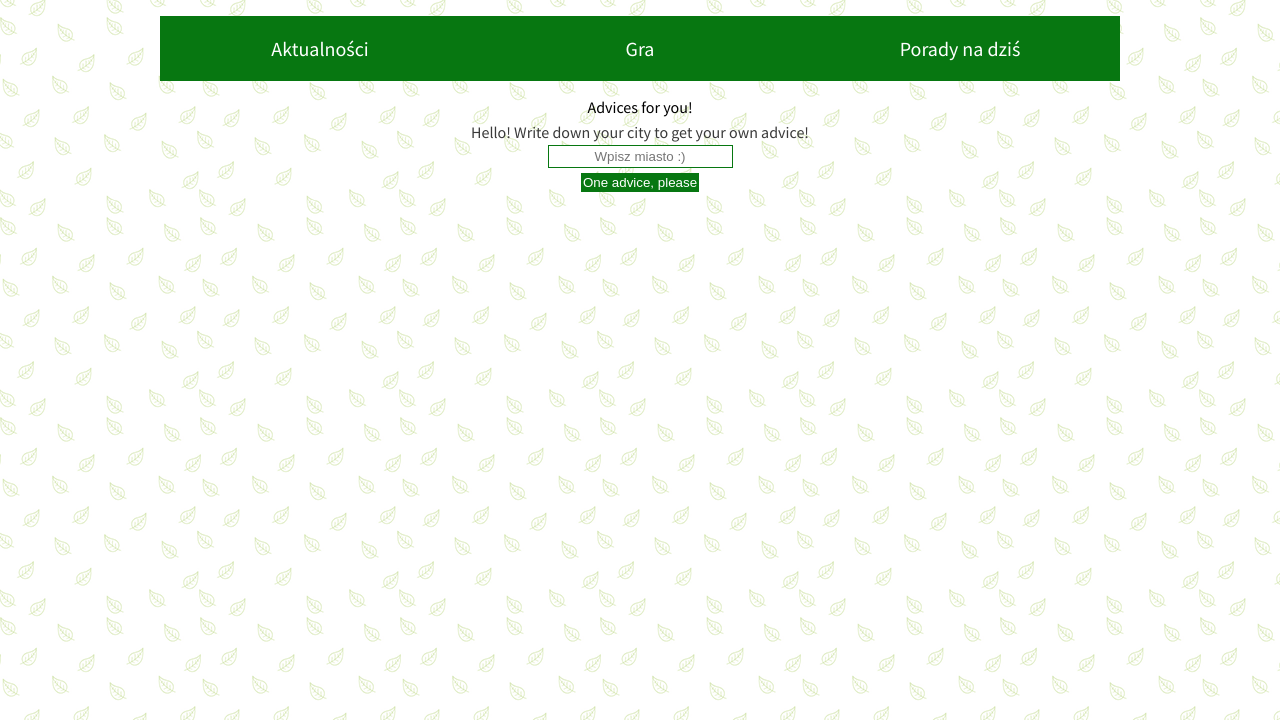
Repository: Karina-00/hackyea
Page: hackyea-master/frontend/pogoda/advice.html
These files come from the project's save history. The page is drawn as it stood at one moment and after the next save; the edit follows.
The browser window is 1280 px wide. The pictures show the whole page.

Above is the page before, as saved 2019-09-15 13:43:09.

### hackyea-master/frontend/pogoda/advice.html
<!DOCTYPE HTML>
<html lang="en">
<head>
        <meta charset="utf-8" />
        <meta name="viewport" content="width=device-width, initial-scale=1">
        <meta name="description" content="Get your own environmental advice!"/>
        <link href="https://fonts.googleapis.com/css?family=Source+Sans+Pro&display=swap&subset=latin-ext" rel="stylesheet">
        <link rel="stylesheet" type="text/css" href="../index/artykuly.css">
        <link rel="stylesheet" type="text/css" href="pogoda.css">
        <meta http-equiv="X-UA-Compatible" content="IE=edge,chrome=1" />
        <title>Advices for you</title>

</head>
<body>


<nav>
        <ul>
                <li><a href="../index/index.html">Aktualności</a></li>
                <li><a href="../gra/game.html">Gra</a></li>
                <li><a href="../pogoda/advice.html">Porady na dziś</a></li>
        </ul>
</nav>
<main>

        <div class="gora row">
                <div id="h">Advices for you!</div>
                <div class="welcome">Hello! Write down your city to get your own advice!</div>
                <div>
                        <input type="text" id="city" placeholder="Wpisz miasto :)" class="#"></input>
                </div>
                <div><button id="search" class="btn">One advice, please</button></div>
        </div>


        <div class="row" id="result"></div>
</main>
        <script src="advice.js"></script>

</body>
</html>

### hackyea-master/frontend/index/artykuly.css

body{
   background: url(image/leaves.png);
   color: rgb(58, 58, 58);
 }

 /* menu styles */

 nav{
   background: rgb(7, 119, 17);
   position: sticky;
   margin: 0 auto;
   top: 0;
   max-width: 960px;
 }

 nav ul{
   list-style-type: none;
   padding: 0;
 }

 nav a{
   text-decoration: none;
   text-align: center;
   color: #fff;
   font-size: 20px;
   display: block;
   padding: 20px;
 }

 nav a:hover{
   background-color: rgb(5, 78, 11);
   transition: 2s;
 }
/*
 .change-theme{
    margin-left:
 }
 .change-theme label{
   cursor: pointer;
 }

 .change-theme span{
   display: inline-block;
   width: 20px;
   height: 20px;

} */

 header{
    font-size: 40px;
    text-align: center;
    font-weight: bold;
    margin-top: 30px;
 }

 section{
    max-width: 960px;
    margin: auto;
    display: flex;
    flex-direction: column;
    font-size: 28px;
    margin-bottom: 12px;
 }
 .front{
   padding-bottom: 20px;
   padding-top: 20px;
 }
 .front:hover{
   cursor: pointer;
   background-color: rgba(0, 0, 0, 0.062);
   color: rgb(90, 90, 90);
 }

 section h2{
   text-align: center;
 }
 article{
    border: 1px dashed darkgrey;
   justify-content: space-evenly;
    padding: 20px;
 }



 /* flex */

 nav ul{
   display: flex;
   justify-content: space-evenly;
 }

nav li{
  flex: 1 1 0;
}

@media screen and (max-width: 600px){
   nav ul{
      display: flex;
      justify-content: space-evenly;
      flex-direction: column;
    }

   nav li{
     flex: 1 1 0;

   }
}

#tytul{
  font-size: 36px;
  margin-bottom: 12px;
  text-align: center;
}
#opis{
  font-size:16px;
  text-align: justify;
}

### hackyea-master/frontend/pogoda/pogoda.css
body{
    font-family: 'Source Sans Pro', sans-serif;
    text-align: center;
}
.ramka{
    border: 1px solid rgba(0, 0, 0, 0.575);
    background-color: rgba(127, 255, 212, 0.137);
    margin-bottom: 3px;
}
.welcome
{
    margin-bottom: 3px;
}
#h{
    font-size: 16px;
    margin: 5px;
    color: black;
}
#city{
    margin-bottom: 3px;
    padding: 3px;
    border: 1px solid rgb(7, 119, 17);
    text-align: center;
}
#search{
    margin-bottom: 3px;
    background: rgb(7, 119, 17);
    color: white;
    padding: 2px;
    border:none;
}
#search:hover{
    background: rgb(6, 131, 17);
}

### hackyea-master/frontend/pogoda/advice.js
document.getElementById('search').addEventListener('click', weather);

var temperat;
var wind;
var dataih;
var godzinka;
var chmurki;
var x;
var y;
var z;


var k = 0;

function test(temperat,wind,chmurki,x,y,z)
{
    if(k<2){
        if(temperat>30)
        {
            document.getElementById('result').innerHTML+="<div class='ramka'><div class='termometr'><p><b>It's gonna be hot out there! You better hide, the sun is watching you...</b></p></div><div class='napis'><div>"+x+"</br>"+y+":"+z+"</div> </br> <div style='font-size:20px'>"+temperat+"&#176C</div> </br> "+wind+" m/s</br>"+chmurki+"</div></div>";
        }
        else if (temperat>25)
        {
            document.getElementById('result').innerHTML+="<div class='ramka'><div class='termometr'><p><b>It will be hot, but stable. Wear something nice and say hello to the sun!</b></p></div><div class='napis'><div>"+x+"</br>"+y+":"+z+"</div> </br> <div style='font-size:20px'>"+temperat+"&#176C</div> </br> "+wind+" m/s</br>"+chmurki+"</div></div>";
        }
        else if (temperat>20)
        {
            document.getElementById('result').innerHTML+="<div class='ramka'><div class='termometr'><p><b>Well, it's nice, but also a nice cardigan should be great for you</b></p></div><div class='napis'><div>"+x+"</br>"+y+":"+z+"</div> </br> <div style='font-size:20px'>"+temperat+"&#176C</div> </br> "+wind+" m/s</br>"+chmurki+"</div></div>";
        }
        else if(temperat>10)
        {
            document.getElementById('result').innerHTML+="<div class='place col-md-6 mblank-3 ramka'><div class='termometr'><p><b>Get a jacket with you! It can be nice or not<b></p></div><div class='napis'><div>"+x+"</br>"+y+":"+z+"</div> </br> <div style='font-size:20px'>"+temperat+"&#176C</div> </br> "+wind+" m/s</br>"+chmurki+"</div></div>";
        }
        else if(temperat>0)
        {
            document.getElementById('result').innerHTML+="<div class='ramka'><div class='termometr'><p><b>Winter jacket is neccessary today<b></p></div><div class='napis'><div>"+x+"</br>"+y+":"+z+"</div></br> <div style='font-size:20px'>"+temperat+"&#176C</div> </br> "+wind+" m/s</br>"+chmurki+"</div></div>";
        }
        else if(temperat<=0)
        {
            document.getElementById('result').innerHTML+="<div class='ramka'><div class='termometr'><p><b>It is definetely cold or very cold. Winter is coming.<b></p></div><div class='napis'><div>"+x+"</br>"+y+":"+z+"</div> </br><div style='font-size:20px'>"+temperat+"&#176C</div></br> "+wind+" m/s</br>"+chmurki+"</div></div>";
        }
        k++;
    }
}
var dana;


function weather()
{
    document.getElementById('result').innerHTML="";
    var city=document.getElementById('city').value;



    fetch('https://api.openweathermap.org/data/2.5/forecast?q='+city+'&appid=ae76d0efed32d9f29c4d54a5738b80ca').then(function(response)
    {
        return response.json();
    })
    .then(function(jsonData){
        jsonData.list.forEach(function(item){
            var dataih=item.dt_txt.split(' ',2);
            var godzinka=dataih[1].split(':',3);
            test(Math.floor(item.main.temp-273), item.wind.speed, item.weather[0].description, dataih[0],godzinka[0],godzinka[1]);

                item.weather.forEach(function(ele)
                {
                    chmurki=ele.description;
                });

        });
    })
    k=0;
}

After the next save:
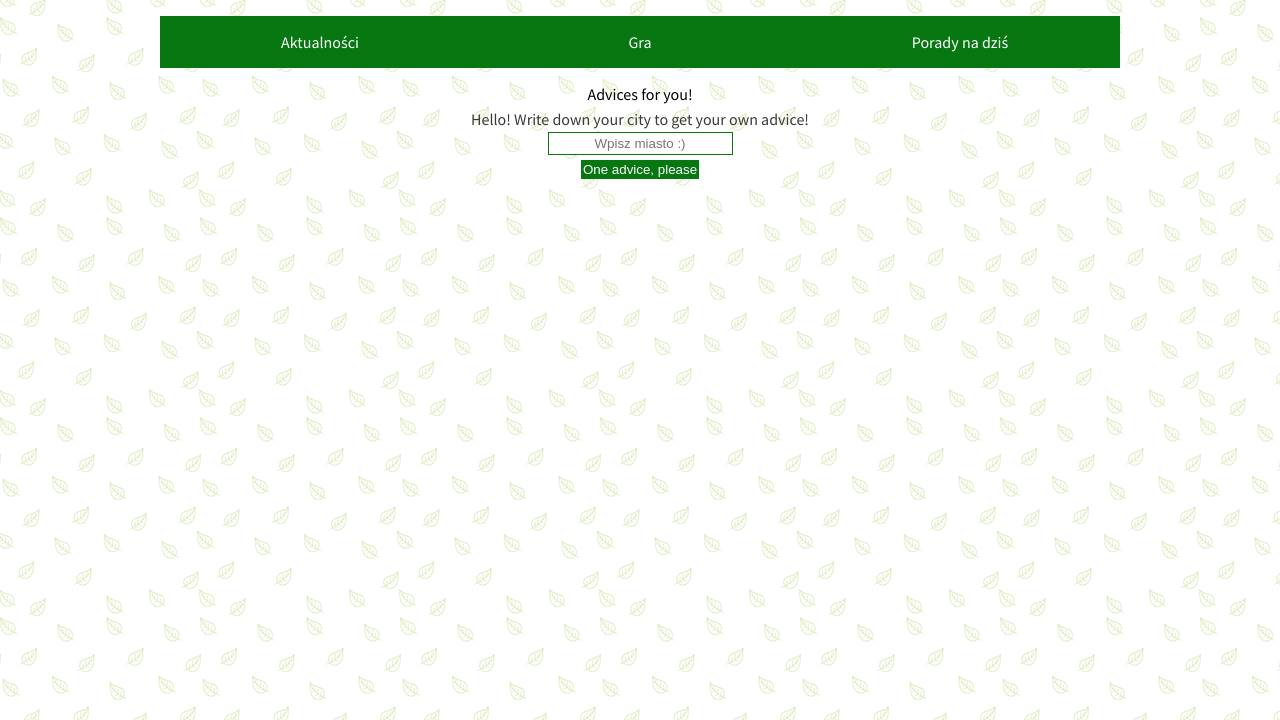
Saved 27 s later.
--- a/hackyea-master/frontend/index/artykuly.css
+++ b/hackyea-master/frontend/index/artykuly.css
@@ -23,9 +23,9 @@ body{
    text-decoration: none;
    text-align: center;
    color: #fff;
-   font-size: 20px;
+   font-size: 16px;
    display: block;
-   padding: 20px;
+   padding: 16px;
  }
 
  nav a:hover{
